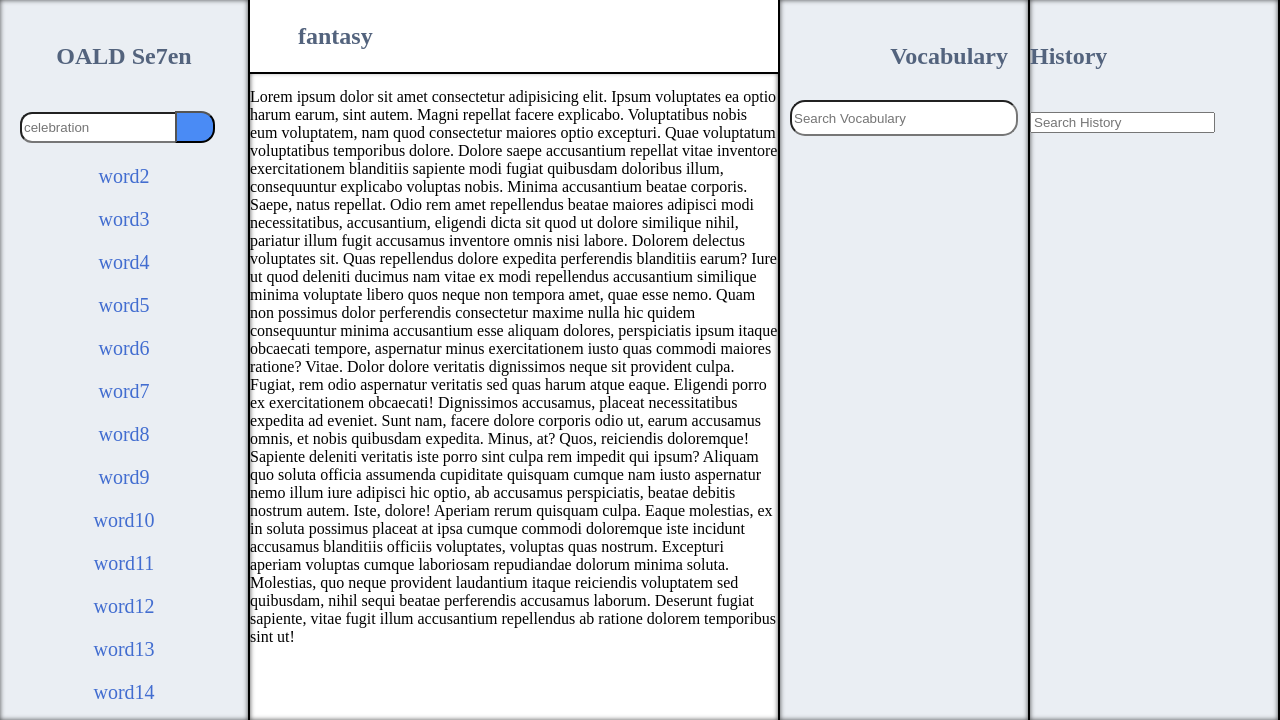
Repository: JJianZ/miao
Page: a.html
An editor plug-in stored every save of this project. The page is shown before and after the next save, followed by the edit.
The browser window is 1280 px wide. The pictures show the whole page.

Above is the page before, as saved 2021-11-23 10:52:36.

### a.html
<!DOCTYPE html>
<html lang="en">
<head>
  <meta charset="UTF-8">
  <meta http-equiv="X-UA-Compatible" content="IE=edge">
  <meta name="viewport" content="width=device-width, initial-scale=1.0">
  <title>Document</title>
  <style>
    html,body {
      margin: 0;
      padding: 0;
      height: 100%;
    }

    div {
      /* width: 100%; */
      height: 100%;
      position: relative;
      min-width: 300px;
      overflow: auto;
    }
    div > * {
      box-shadow:0px 0px 5px rgba(0,0,0,0.7) inset;
    }
    aside {
      position: absolute;
      width: 250px;
      height: 100%;
      background-color: #eaeef3;
      border-right: black 2px solid;
      box-sizing: border-box;
      overflow: auto;
    }
    h2 {
      position: relative;
      height: 72px;
      line-height: 72px;
      color: #53637d;
    }
    .first h2 {
      text-align: center;
    }
    .first input {
      position: absolute;
      height: 25px;
      width: 150px;
      left: 20px;
      border-radius: 12px 0  0  12px;
    }
    .first button {
      position: absolute;
      background-color: #4a8bf5;
      height: 32px;
      width: 40px;
      top: 111px;
      left: 175px;
      border-radius: 0 14px 14px 0;
    }
    .first ul {
      padding: 0;
      list-style: none;
      font-size: 20px;
      text-align: center;
    }
    .first ul a {
      color: #426dd0;
      text-decoration: none;
      display: inline-block;
      padding: 10px 0;
    }
    .first ul a:hover {
      width: 100%;
      color: black;
      background-color: #bbcee9;
    }
    header {
      position: absolute;
      left: 250px;
      height: 72px;
      right: 500px;
      line-height: 70px;
      border-bottom: black 2px solid;
      border-right: black 2px solid;
      box-shadow: none;
    }
    header h2 {
      left: 2em;
      top: -20px;
    }
    main {
      position: absolute;
      top: 72px;
      left: 250px;
      right: 500px;
      bottom: 0;
      border-right: black 2px solid;
      overflow: auto;
    }
    .second {
      right: 250px;
    }
    .second h2 {
      position: absolute;
      right: 20px;
    }
    .second input {
      position: absolute;
      left:  10px;
      width: 220px;
      height: 30px;
      top:100px;
      border-radius: 15px;
    }
    .third {
      right: 0px;
    }
  </style>
</head>
<body>
  <div>
    <aside class="first">
      <h2>OALD Se7en</h2>
      <input type="text" placeholder="celebration">
      <button></button>
      <ul>
        <li><a href="#">word1</a></li>
        <li><a href="#">word2</a></li>
        <li><a href="#">word3</a></li>
        <li><a href="#">word4</a></li>
        <li><a href="#">word5</a></li>
        <li><a href="#">word6</a></li>
        <li><a href="#">word7</a></li>
        <li><a href="#">word8</a></li>
        <li><a href="#">word9</a></li>
        <li><a href="#">word10</a></li>
        <li><a href="#">word11</a></li>
        <li><a href="#">word12</a></li>
        <li><a href="#">word13</a></li>
        <li><a href="#">word14</a></li>
        <li><a href="#">word15</a></li>
        <li><a href="#">word16</a></li>
        <li><a href="#">word17</a></li>
        <li><a href="#">word18</a></li>
        <li><a href="#">word19</a></li>
        <li><a href="#">word20</a></li>
        <li><a href="#">word21</a></li>
        <li><a href="#">word22</a></li>
        <li><a href="#">word23</a></li>
        <li><a href="#">word24</a></li>
        <li><a href="#">word25</a></li>
        <li><a href="#">word26</a></li>
        <li><a href="#">word27</a></li>
        <li><a href="#">word28</a></li>
        <li><a href="#">word29</a></li>
        <li><a href="#">word30</a></li>
      </ul>
    </aside>
    <header>
      <h2>fantasy</h2>
    </header>
    <main>
      <p>
        Lorem ipsum dolor sit amet consectetur adipisicing elit. Ipsum voluptates ea optio harum earum, sint autem. Magni repellat facere explicabo. Voluptatibus nobis eum voluptatem, nam quod consectetur maiores optio excepturi.
        Quae voluptatum voluptatibus temporibus dolore. Dolore saepe accusantium repellat vitae inventore exercitationem blanditiis sapiente modi fugiat quibusdam doloribus illum, consequuntur explicabo voluptas nobis. Minima accusantium beatae corporis. Saepe, natus repellat.
        Odio rem amet repellendus beatae maiores adipisci modi necessitatibus, accusantium, eligendi dicta sit quod ut dolore similique nihil, pariatur illum fugit accusamus inventore omnis nisi labore. Dolorem delectus voluptates sit.
        Quas repellendus dolore expedita perferendis blanditiis earum? Iure ut quod deleniti ducimus nam vitae ex modi repellendus accusantium similique minima voluptate libero quos neque non tempora amet, quae esse nemo.
        Quam non possimus dolor perferendis consectetur maxime nulla hic quidem consequuntur minima accusantium esse aliquam dolores, perspiciatis ipsum itaque obcaecati tempore, aspernatur minus exercitationem iusto quas commodi maiores ratione? Vitae.
        Dolor dolore veritatis dignissimos neque sit provident culpa. Fugiat, rem odio aspernatur veritatis sed quas harum atque eaque. Eligendi porro ex exercitationem obcaecati! Dignissimos accusamus, placeat necessitatibus expedita ad eveniet.
        Sunt nam, facere dolore corporis odio ut, earum accusamus omnis, et nobis quibusdam expedita. Minus, at? Quos, reiciendis doloremque! Sapiente deleniti veritatis iste porro sint culpa rem impedit qui ipsum?
        Aliquam quo soluta officia assumenda cupiditate quisquam cumque nam iusto aspernatur nemo illum iure adipisci hic optio, ab accusamus perspiciatis, beatae debitis nostrum autem. Iste, dolore! Aperiam rerum quisquam culpa.
        Eaque molestias, ex in soluta possimus placeat at ipsa cumque commodi doloremque iste incidunt accusamus blanditiis officiis voluptates, voluptas quas nostrum. Excepturi aperiam voluptas cumque laboriosam repudiandae dolorum minima soluta.
        Molestias, quo neque provident laudantium itaque reiciendis voluptatem sed quibusdam, nihil sequi beatae perferendis accusamus laborum. Deserunt fugiat sapiente, vitae fugit illum accusantium repellendus ab ratione dolorem temporibus sint ut!
      </p>
    </main>
    <aside class="second">
      <h2>Vocabulary</h2>
      <input type="text" placeholder="Search Vocabulary">
    </aside>
    <aside class="third">
      <h2>History</h2>
      <input type="text" placeholder="Search History">
    </aside>
  </div>
</body>
</html>

After the next save:
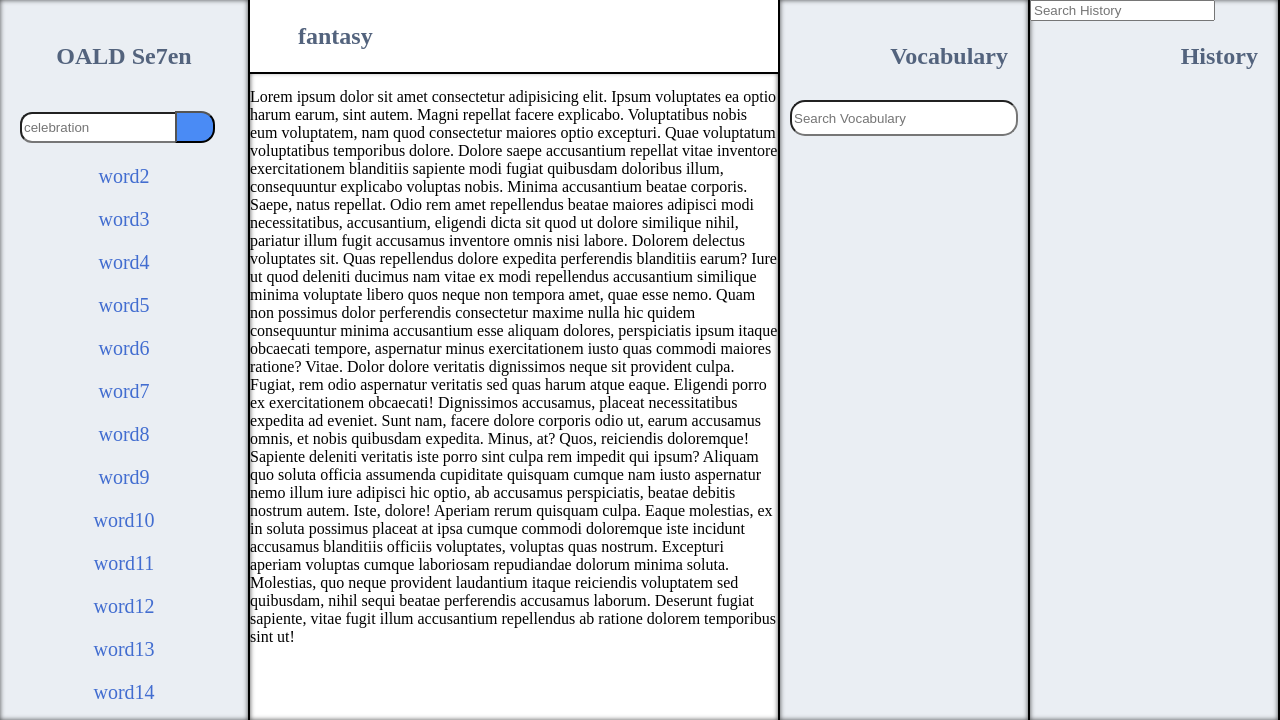
Saved 14 s later.
--- a/a.html
+++ b/a.html
@@ -114,6 +114,18 @@
     .third {
       right: 0px;
     }
+    .third h2 {
+      position: absolute;
+      right: 20px;
+    }
+    .second input {
+      position: absolute;
+      left:  10px;
+      width: 220px;
+      height: 30px;
+      top:100px;
+      border-radius: 15px;
+    }
   </style>
 </head>
 <body>
